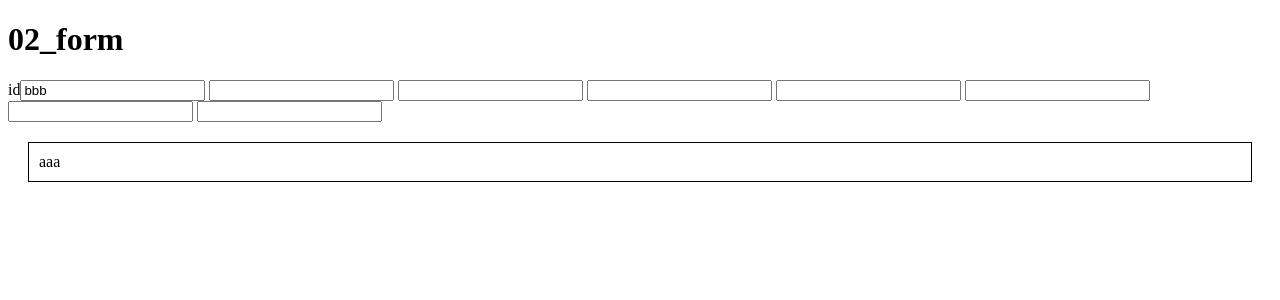
Repository: psun2/Korea-IT-Academy
Page: (back up) _ 오전/study_a/web_work/scriptProj/WebContent/dom/02_form.html
An editor plug-in stored every save of this project. The page is shown before and after the next save, followed by the edit.
The browser window is 1280 px wide. The pictures show the whole page.

Above is the page before, as saved 2020-08-05 02:26:45.

### (back up) _ 오전/study_a/web_work/scriptProj/WebContent/dom/02_form.html
<!DOCTYPE html>
<html>
<head>
<meta charset="UTF-8">
<title>02_form</title>
<style>
#con{

	border:1px solid #000;
	margin:20px;
	padding:10px;
}

</style>
<script>
function ffGo(tt){
	//alert("들어왔다")
	//console.log(tt)
	tt.style.background="#ff0"
}

function ffOut(tt){

	tt.style.background="#fff"
}
window.onload = function(){
	function log(msg){
		document.getElementById("con").innerHTML+=msg+"<br>"
	}


	//log("테스트")
	log(frm.id.value)
	document.frm.id.value = "bbb"
	//log(hh.innerHTML)
}

</script>
</head>
<body>
<h1 name="hh">02_form</h1>
<form action="" name="frm">
	<label for="">id<input type="text" name="id" value="aaa" onfocus="ffGo(this)" onblur="ffOut(this)" /></label>
	<label for=""><input type="text" name="" /></label>
	<label for=""><input type="text" name="" /></label>
	<label for=""><input type="text" name="" /></label>
	<label for=""><input type="text" name="" /></label>
	<label for=""><input type="text" name="" /></label>
	<label for=""><input type="text" name="" /></label>
	<label for=""><input type="text" name="" /></label>
</form>

<div id="con"></div>


</body>
</html>

After the next save:
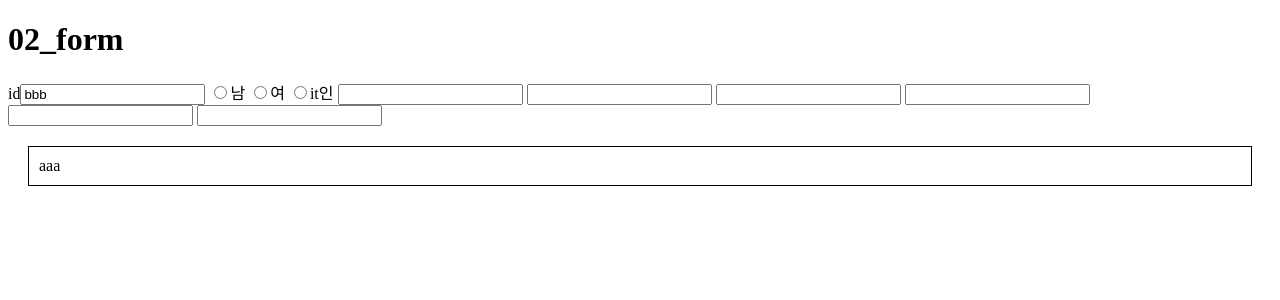
Saved 2 min 46 s later.
--- a/(back up) _ 오전/study_a/web_work/scriptProj/WebContent/dom/02_form.html
+++ b/(back up) _ 오전/study_a/web_work/scriptProj/WebContent/dom/02_form.html
@@ -40,8 +40,13 @@ window.onload = function(){
 <body>
 <h1 name="hh">02_form</h1>
 <form action="" name="frm">
-	<label for="">id<input type="text" name="id" value="aaa" onfocus="ffGo(this)" onblur="ffOut(this)" /></label>
-	<label for=""><input type="text" name="" /></label>
+	<label for="">id<input type="text" name="id" value="aaa"
+	onfocus="ffGo(this)" onblur="ffOut(this)" /></label>
+	<label for="">
+		<input type="radio" name="gender" value="m"/>남
+		<input type="radio" name="gender" value="f"/>여
+		<input type="radio" name="gender" value="it"/>it인
+	</label>
 	<label for=""><input type="text" name="" /></label>
 	<label for=""><input type="text" name="" /></label>
 	<label for=""><input type="text" name="" /></label>
